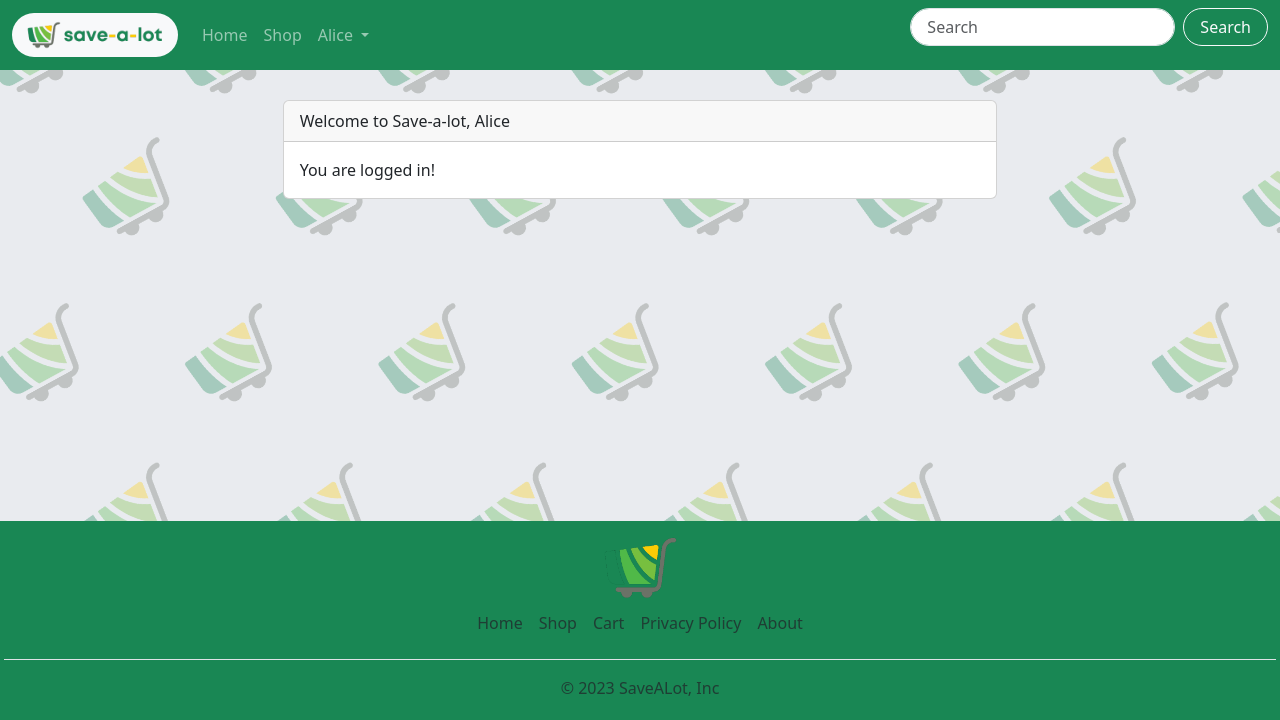
Repository: bill071194/savealot
Page: http://localhost/home
The author's editor kept a record of every edit. The page is drawn from the files as they stood at one moment, then again after the next edit.
The browser window is 1280 px wide. The pictures show the whole page.
The page is served by the project's Laravel application, run on PHP 8.4 with Laravel 10. The first stored user is signed in. The database holds what the project's SQL file puts in it.

Above is the page before.

After the next edit:
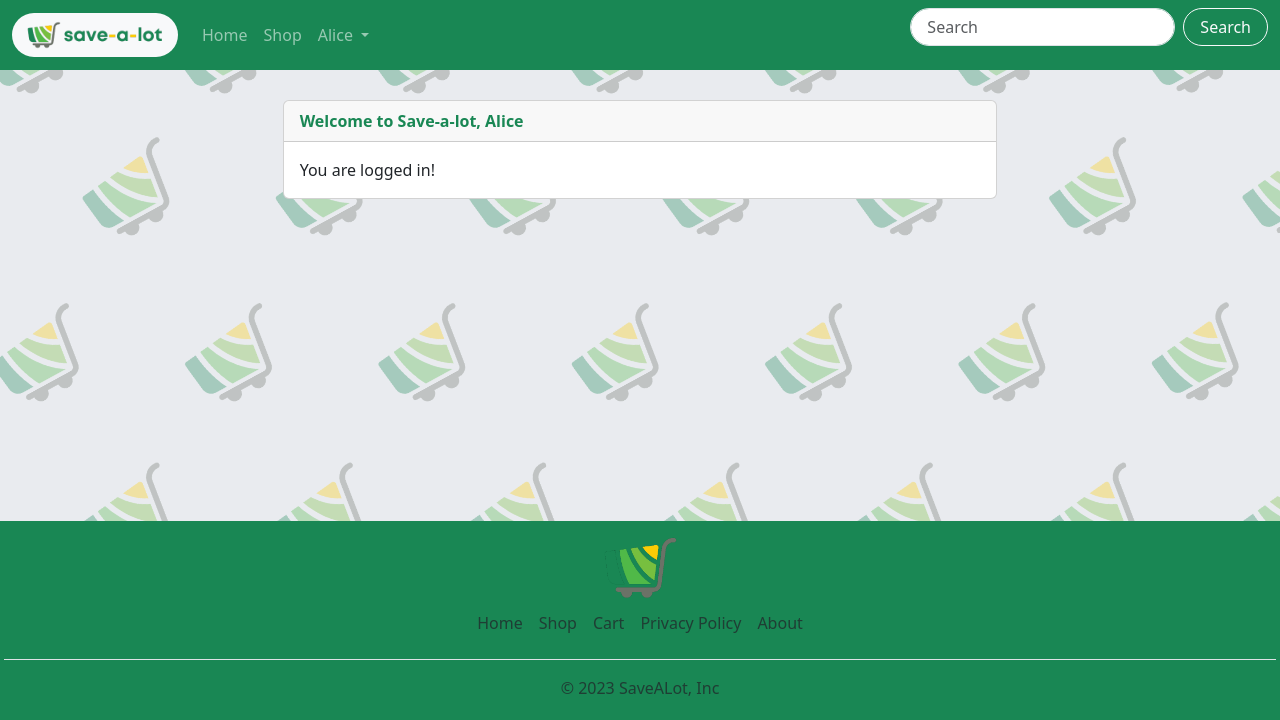
The edit:
--- a/savealot/resources/views/home.blade.php
+++ b/savealot/resources/views/home.blade.php
@@ -7,10 +7,11 @@
     <div class="row justify-content-center">
         <div class="col-md-8">
             <div class="card">
-                <div class="card-header">{{ __('Welcome to Save-a-lot, ') }}
-                            @auth
-                                {{Auth::user()->name}}
-                            @endauth</div>
+                <div class="card-header fw-bold text-success">{{ __('Welcome to Save-a-lot, ') }}
+                    @auth
+                        {{Auth::user()->name}}
+                    @endauth
+                </div>
 
                 <div class="card-body">
                     @if (session('status'))
